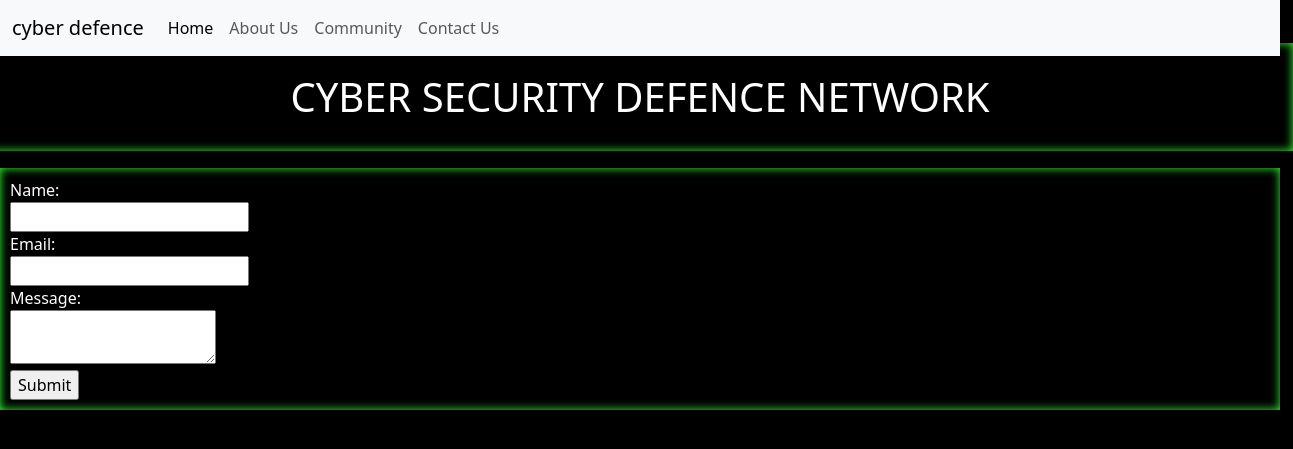
Repository: newworldhost/nwh
Page: contact.html
These files come from the project's save history. The page is drawn as it stood at one moment and after the next save; the edit follows.
The browser window is 1280 px wide. The page is 1293 px wide, so the pictures cover 1293 px, including what lies to the right of the window. The pictures show the whole page.

Above is the page before, as saved 2025-03-04 23:49:05.

After the next save:
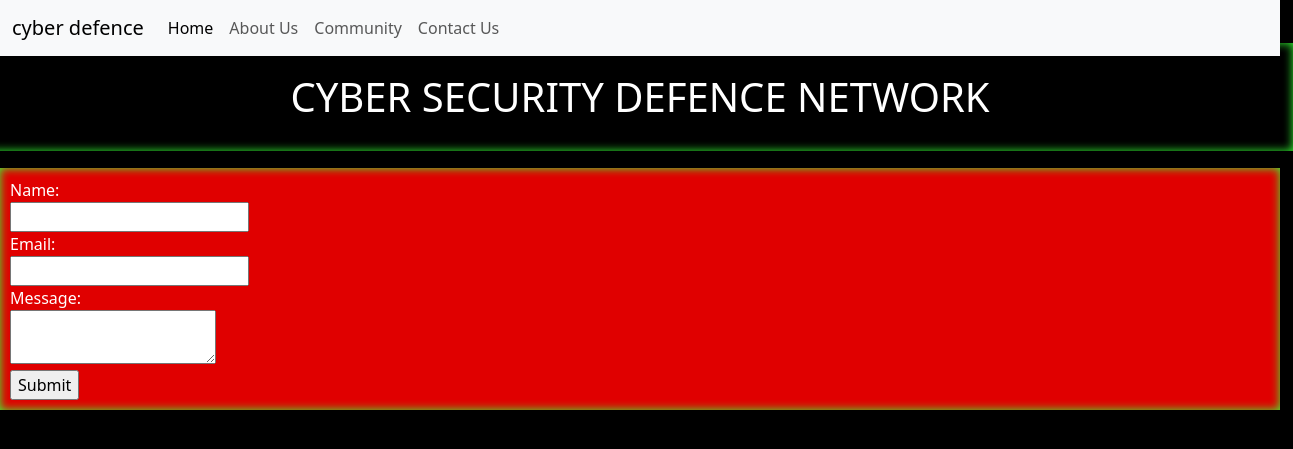
Saved 51 s later.
--- a/style.css
+++ b/style.css
@@ -42,7 +42,7 @@ strong {
 }
 /* contact form */
 form {
-    background-color: black;
+    background-color: rgb(224, 0, 0);
     color: white;
     padding: 10px;
     box-shadow: inset 0 0 10px #33ff33;
